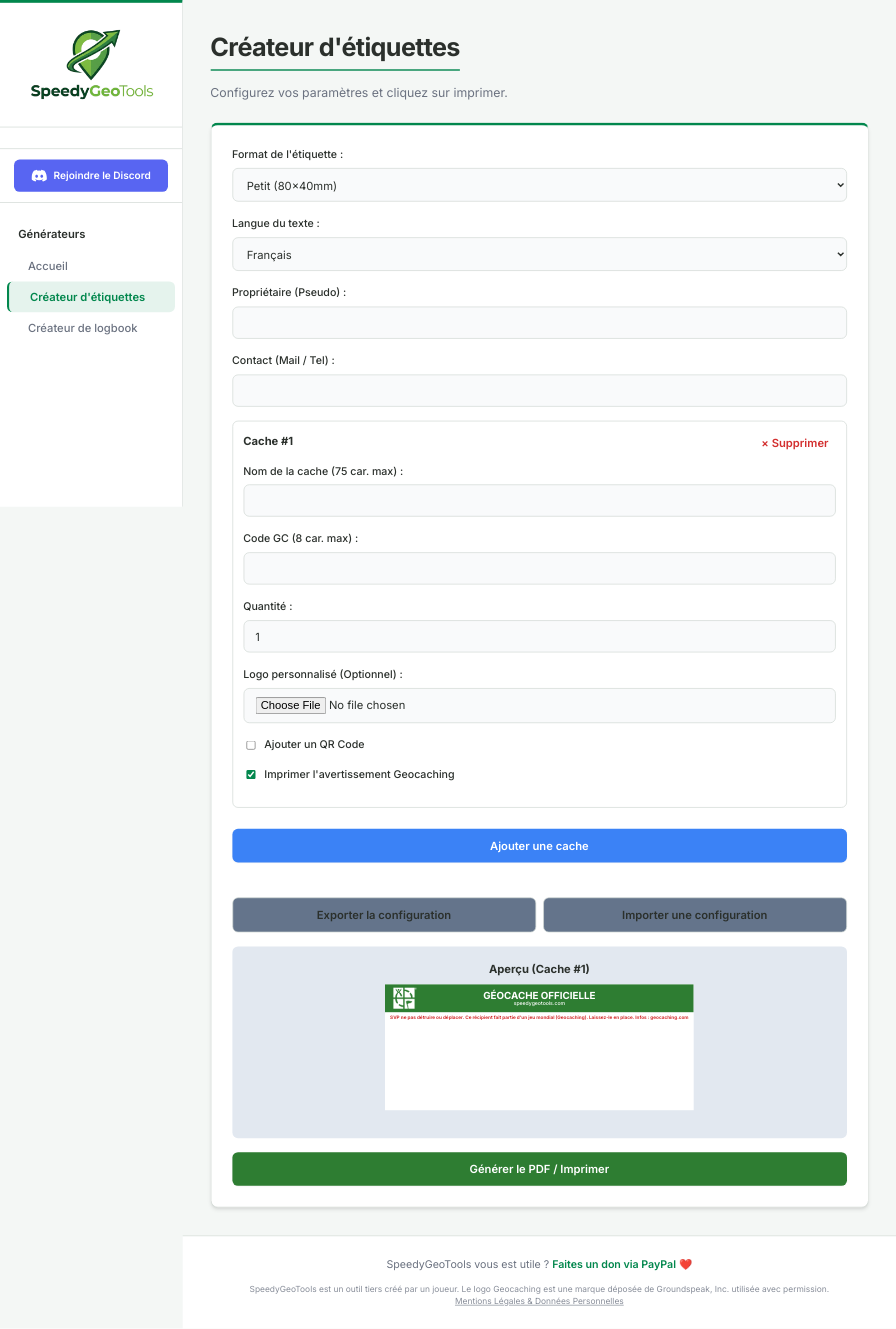
Repository: rodafux/SpeedyGeoTools
Page: etiquettes.html
These files come from the project's save history. The page is drawn as it stood at one moment and after the next save; the edit follows.
The browser window is 1280 px wide. The pictures show the whole page, at 70% of full size.

Above is the page before, as saved 2026-04-10 22:02:38.

After the next save:
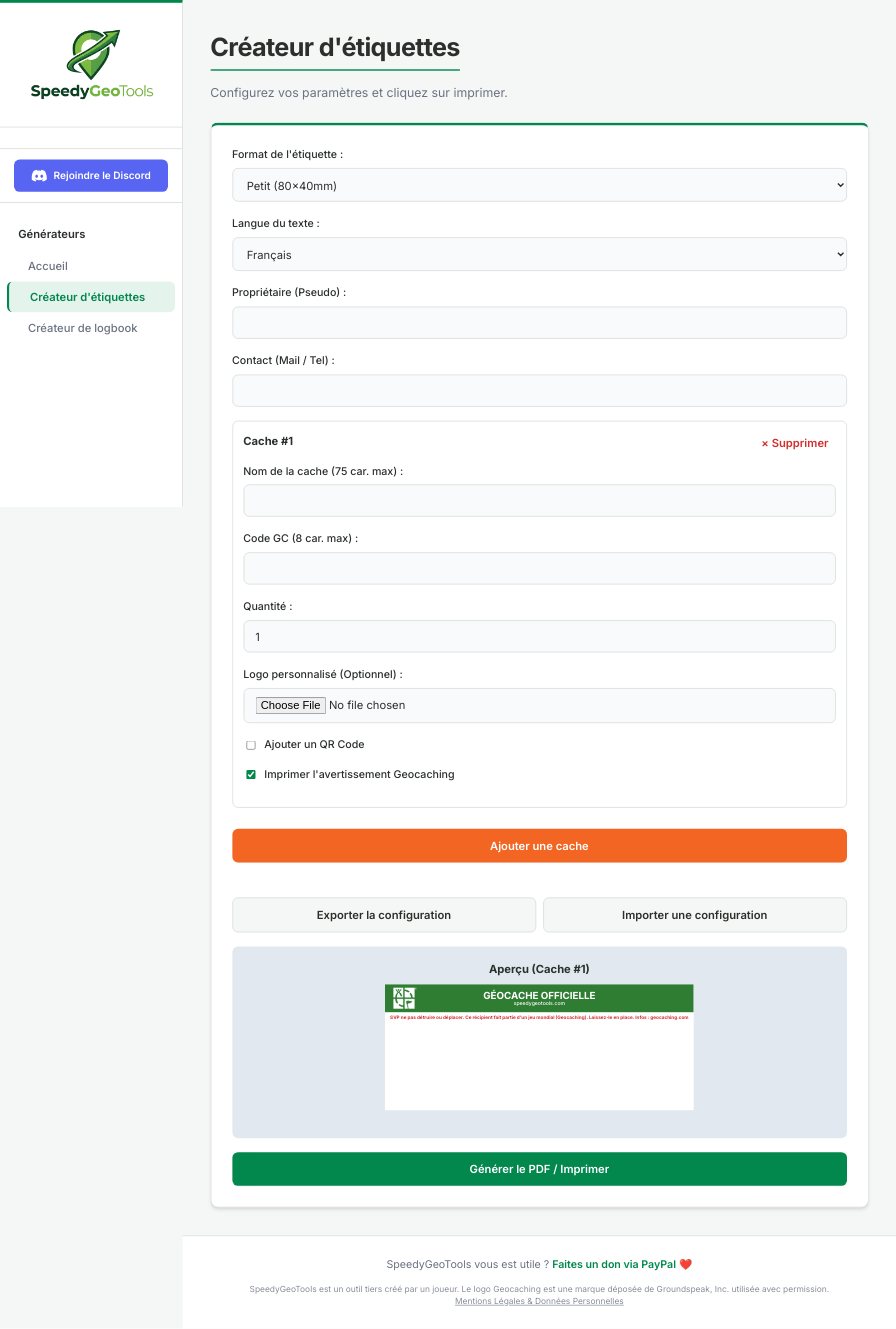
Saved 9 s later.
--- a/etiquettes.html
+++ b/etiquettes.html
@@ -65,14 +65,14 @@
                         <input type="text" id="labelMail" onkeyup="updateLabelPreview()">
                     </div>
                     <div id="cachesListContainer"></div>
-                    <button onclick="addCacheCard()" style="background-color: #3b82f6; margin-bottom: 20px;">Ajouter une cache</button>
+                    <button onclick="addCacheCard()" class="btn-secondary" style="margin-bottom: 20px;">Ajouter une cache</button>
                     <div class="import-export-section">
-                        <button onclick="exportConfig()" style="background-color: #64748b;">Exporter la configuration</button>
+                        <button onclick="exportConfig()" class="btn-outline">Exporter la configuration</button>
                         <input type="file" id="importEtiquettes" accept=".json" onchange="importConfig(event)" style="display: none;">
-                        <button onclick="document.getElementById('importEtiquettes').click()" style="background-color: #64748b;">Importer une configuration</button>
+                        <button onclick="document.getElementById('importEtiquettes').click()" class="btn-outline">Importer une configuration</button>
                     </div>
                     <div id="labelPreviewContainer" style="margin-top: 20px; background: #e2e8f0; padding: 20px; border-radius: 8px;"></div>
-                    <button onclick="generateLabelsAndPrint()" style="background-color: #2e7d32; margin-top: 20px;">Générer le PDF / Imprimer</button>
+                    <button onclick="generateLabelsAndPrint()" style="margin-top: 20px;">Générer le PDF / Imprimer</button>
                 </div>
             </div>
         </div>
